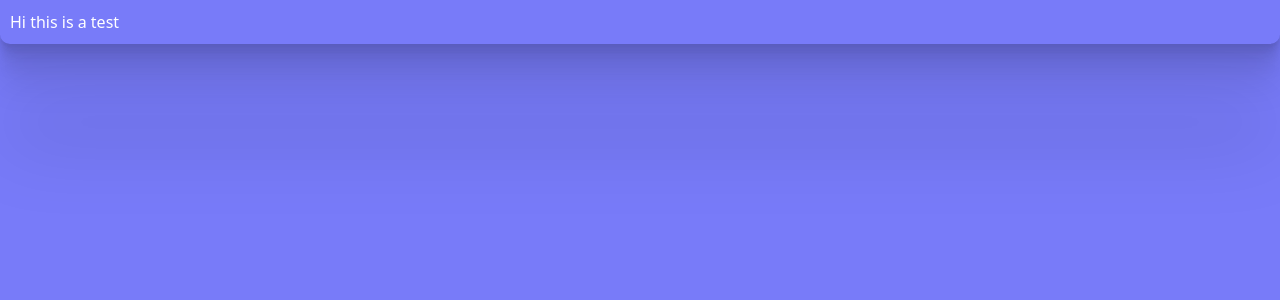
Repository: abhi-sharma27/courier
Page: index.html
The author's editor kept a copy of each file at every save. The page is drawn from the files as they stood at one save, then again after the next save.
The browser window is 1280 px wide. The pictures show the whole page.

Above is the page before, as saved 2021-03-20 14:13:36.

After the next save:
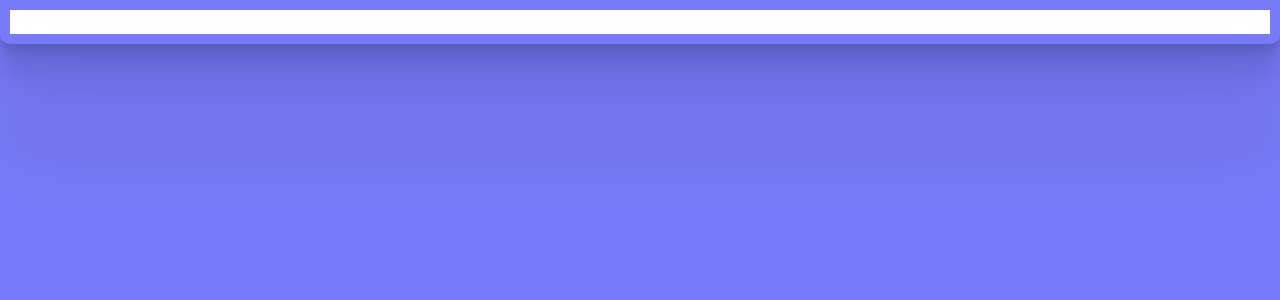
Saved 11 min 12 s later.
--- a/index.html
+++ b/index.html
@@ -7,7 +7,7 @@
     <link href='style.css' rel="stylesheet">
   </head>
   <body class="shadow-1">
-    <div class="z">
+    <div class="z light-bg">
       Hi this is a test
     </div>
   </body>
--- a/style.css
+++ b/style.css
@@ -18,3 +18,7 @@
 .z {
   z-index: 2;
 }
+
+.light-bg {
+  background-color: white;
+}
